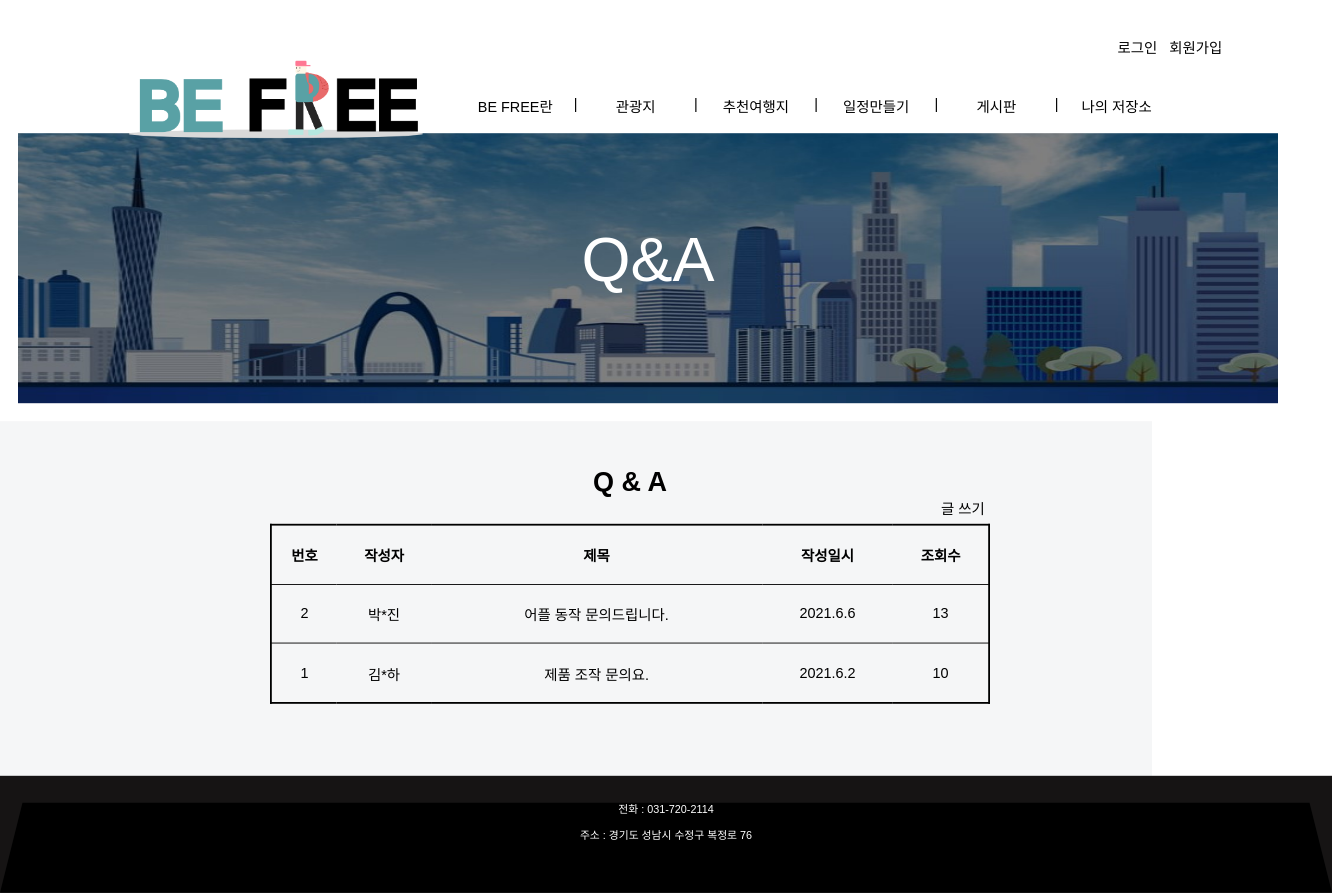
Repository: 1912087/Klavier_Piano
Page: http://localhost/notice/notice.jsp
An editor plug-in stored every save of this project. The page is shown before and after the next save, followed by the edit.
The browser window is 1280 px wide. The page is 1480 px wide, so the pictures cover 1480 px, including what lies to the right of the window. The pictures show the whole page, at 90% of full size.
Backgrounds fixed to the window are drawn as part of the page. Some web fonts or font styles are not loaded; a fallback is used. The page is served by Tomcat 9.

Above is the page before, as saved 2021-11-09 14:29:15.

After the next save:
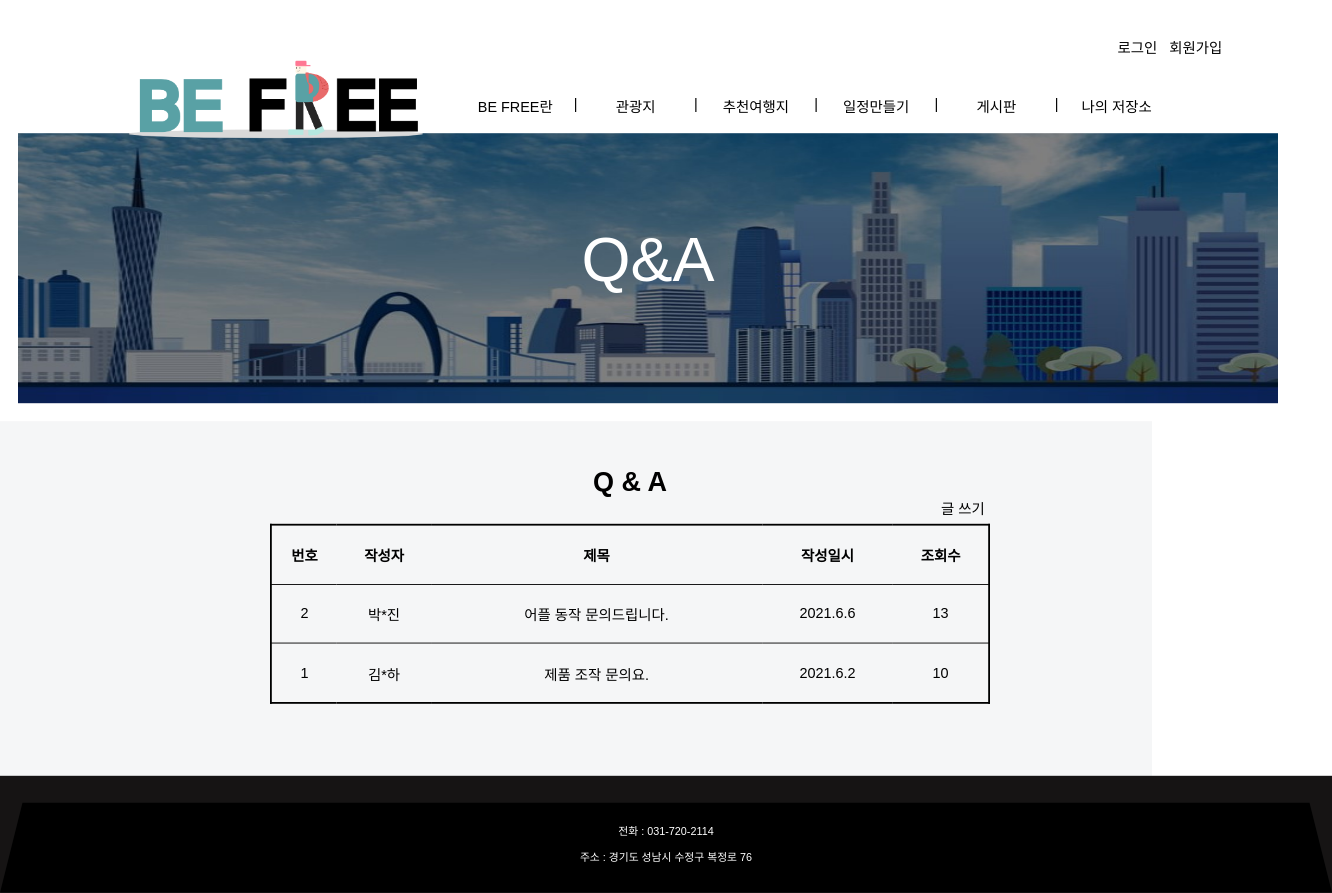
Saved 4 min 52 s later.
--- a/Notice/notice/WebContent/notice.jsp
+++ b/Notice/notice/WebContent/notice.jsp
@@ -97,10 +97,11 @@
                             </table>
                         </div>
                 </section>
-                <footer>
-                    <p>전화 : 031-720-2114</p>
-                    <p>주소 : 경기도 성남시 수정구 복정로 76</p>
-                </footer>
+
+            <footer>
+                <p style="padding: 25px 0px 0px 0px;">전화 : 031-720-2114</p>
+                <p>주소 : 경기도 성남시 수정구 복정로 76</p>
+            </footer>
             </div>
 
             </div>
